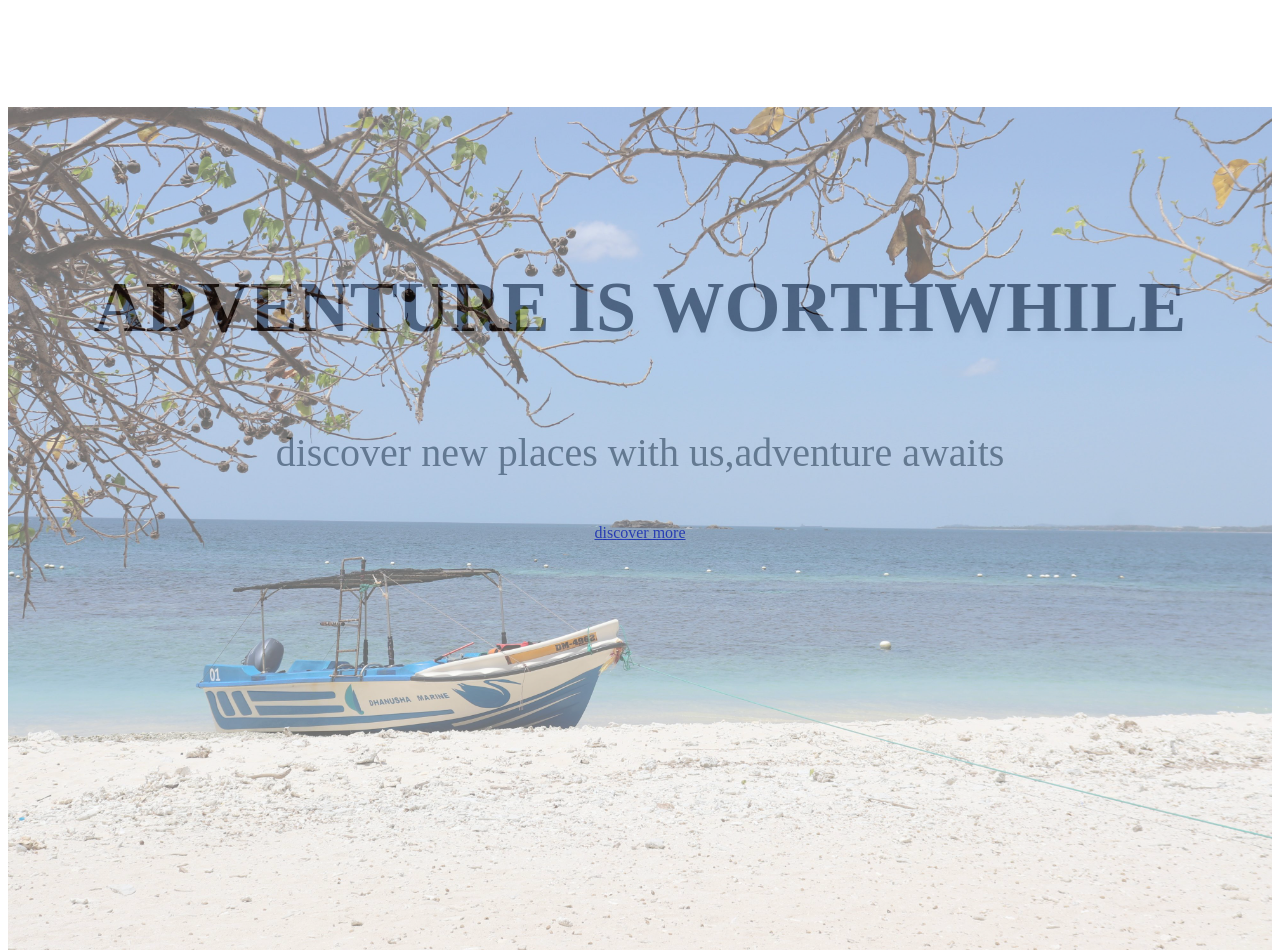
Repository: KasunInd27/Ceylon-Journey
Page: Home/home.html
These files come from the project's save history. The page is drawn as it stood at one moment and after the next save; the edit follows.
The browser window is 1280 px wide. The pictures show the whole page.

Above is the page before, as saved 2024-10-05 13:53:52.
Console error: SyntaxError: Unexpected token '<'

After the next save:
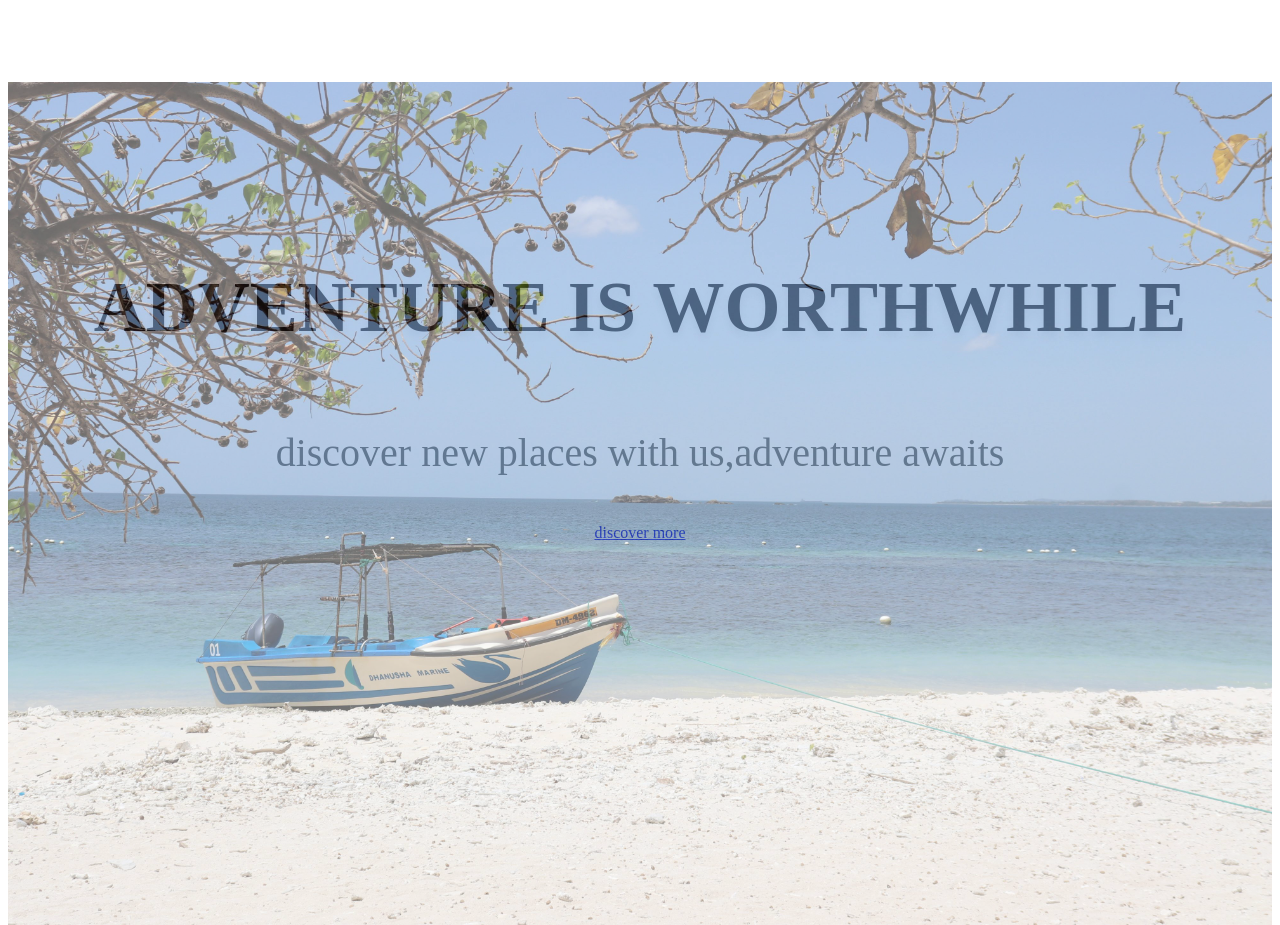
Saved 16 s later.
--- a/Home/CSS/home.css
+++ b/Home/CSS/home.css
@@ -69,7 +69,7 @@
 
 .slide
 {
-    margin-top: -450px;
+    margin-top: -500px;
     background-size:contain;
     background-position:center;
     background-repeat: no-repeat;
